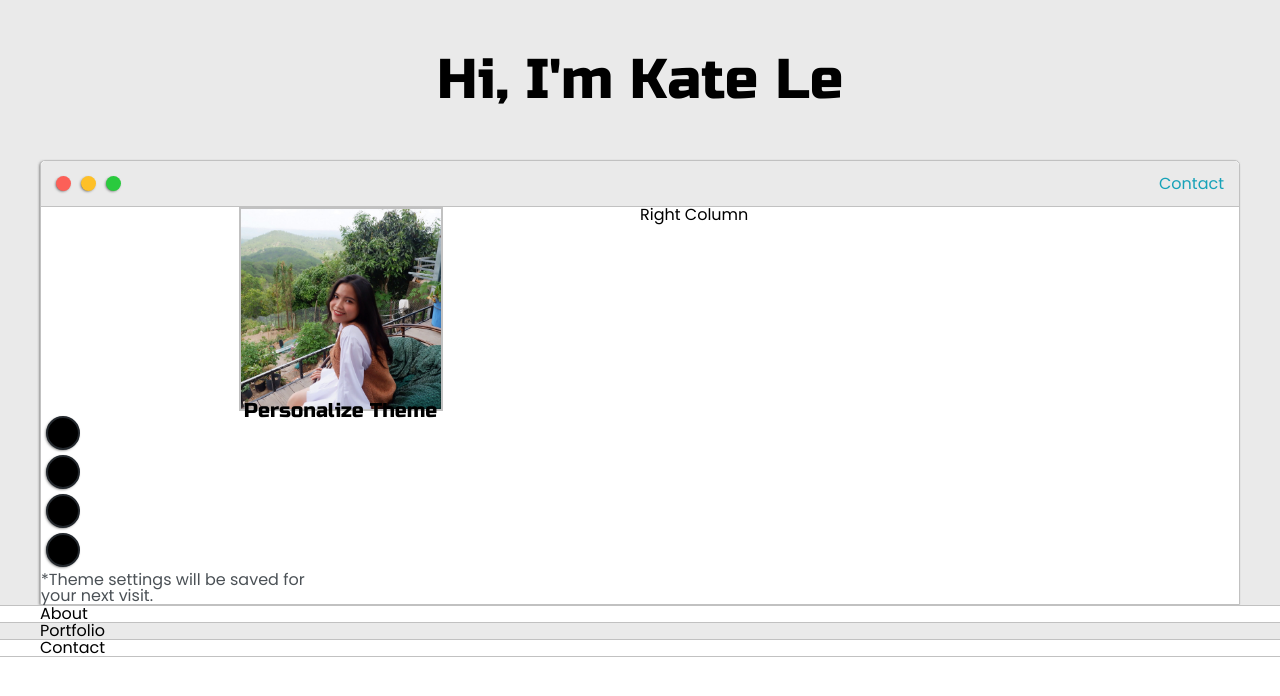
Repository: kate30980/my-persponal-website
Page: index.html
The author's editor kept a copy of each file at every save. The page is drawn from the files as they stood at one save, then again after the next save.
The browser window is 1280 px wide. The pictures show the whole page.

Above is the page before, as saved 2021-08-26 21:04:08.

### index.html
<!DOCTYPE html>
<html lang="en">

<head>
    <meta charset="UTF-8">
    <meta http-equiv="X-UA-Compatible" content="IE=edge">
    <meta name="viewport" content="width=device-width, initial-scale=1.0">
    <title>Kate Le</title>
    <link rel="preconnect" href="https://fonts.googleapis.com">
    <link rel="preconnect" href="https://fonts.gstatic.com" crossorigin>
    <link rel="preconnect" href="https://fonts.googleapis.com">
    <link rel="preconnect" href="https://fonts.gstatic.com" crossorigin>
    <link href="https://fonts.googleapis.com/css2?family=Poppins:wght@300;400;600;700&family=Russo+One&display=swap"
        rel="stylesheet">
    <link rel="stylesheet" href="reset.css">
    <link rel="stylesheet" href="main.css">
</head>

<body>

    <section class="s1">
        <div class="main-container">
            <div class="greeting-wrapper">
                <h1>Hi, I'm Kate Le</h1>
            </div>

            <div class="intro-wrapper">
                <div class="nav-wrapper">
                    <div class="dots-wrapper">
                        <div id="dot-1" class="browser-dot"></div>
                        <div id="dot-2" class="browser-dot"></div>
                        <div id="dot-3" class="browser-dot"></div>
                    </div>
                    <ul id="navigation">
                        <li>
                            <a href="#">Contact</a>
                        </li>
                    </ul>
                </div>
                <div class="left-column">
                    <img id="profile-pic" src="./images/IMG_2624.JPG" alt="img-kate">
                    <h5 style="text-align:center;line-height:0">Personalize Theme</h5>

                    <div id="theme-options-wrapper">
                        <div id="light-mode" class="theme-dot"></div>
                        <div id="blue-mode" class="theme-dot"></div>
                        <div id="green-mode" class="theme-dot"></div>
                        <div id="purple-mode" class="theme-dot"></div>
                    </div>

                    <p id="settings-note">*Theme settings will be saved for <br> your next visit.</p>
                </div>
                <div class="right-column">
                    Right Column
                </div>
            </div>

        </div>
    </section>

    <section class="s2">
        <div class="main-container">
            About
        </div>
    </section>

    <section class="s1">
        <div class="main-container">
            Portfolio
        </div>
    </section>

    <section class="s2">
        <div class="main-container">
            Contact
        </div>
    </section>

</body>

</html>

### main.css
:root {
  --mainText: black;
  --secondaryText: #4b5156;

  --mainColor: #eaeaea;
  --secondaryColor: #fff;

  --borderColor: #c1c1c1;
  --themeDotBorder: #24292e;
}

html,
body {
  padding: 0;
  margin: 0;
  font-family: "Poppins", sans-serif;
}
h1,
h2,
h3,
h4,
h5,
h6,
strong {
  color: var(--mainText);
  font-family: "Russo One", sans-serif;
  font-weight: 500;
}

p,
li,
span,
label,
input,
textarea,
select {
  color: var(--secondaryText);
  font-family: "Poppins", sans-serif;
}
ul {
  list-style: none;
}

a {
  text-decoration: none;
  color: #17a2b8;
}

h1 {
  font-size: 56px;
}
h2 {
  font-size: 36px;
}
h3 {
  font-size: 28px;
}
h4 {
  font-size: 24px;
}
h5 {
  font-size: 20px;
}
h6 {
  font-size: 16px;
}

.s1 {
  background-color: var(--mainColor);
  border-bottom: 1px solid var(--borderColor);
  overflow: auto;
}
.s2 {
  background-color: var(--secondaryColor);
  border-bottom: 1px solid var(--borderColor);
  overflow: auto;
}
.main-container {
  width: 1200px;
  margin: 0 auto;
}
.greeting-wrapper {
  display: grid;
  text-align: center;
  align-content: center;
  min-height: 10em;
}

.intro-wrapper {
  background-color: var(--secondaryColor);
  border: 1px solid var(--borderColor);
  border-radius: 5px 5px 0 0;

  -webkit-box-shadow: -1px 1px 3px -1px rgba(0, 0, 0, 0.75);
  -moz-box-shadow: -1px 1px 3px -1px rgba(0, 0, 0, 0.75);
  box-shadow: -1px 1px 3px -1px rgba(0, 0, 0, 0.75);

  display: grid;
  grid-template-columns: repeat(2, 1fr);
  grid-template-areas:
    "nav-wrapper nav-wrapper"
    "left-column right-column";
}

#navigation {
  margin: 0;
  padding: 10px;
}
#navigation li {
  display: inline-block;
  margin-right: 5px;
  margin-left: 5px;
}

.dots-wrapper {
  display: flex;
  padding: 10px;
}

#dot-1 {
  background-color: #fc6058;
}
#dot-2 {
  background-color: #fec027;
}
#dot-3 {
  background-color: #2aca3e;
}

.browser-dot {
  background-color: black;
  height: 15px;
  width: 15px;
  border-radius: 50%;
  margin: 5px;

  -webkit-box-shadow: -1px 1px 3px -1px rgba(0, 0, 0, 0.75);
  -moz-box-shadow: -1px 1px 3px -1px rgba(0, 0, 0, 0.75);
  box-shadow: -1px 1px 3px -1px rgba(0, 0, 0, 0.75);
}

.nav-wrapper {
  grid-area: nav-wrapper;
  border-bottom: 1px solid var(--borderColor);
  display: flex;
  justify-content: space-between;
  align-items: center;
  background-color: var(--mainColor);
  border-radius: 5px 5px 0 0;
}
.left-column {
  grid-area: left-column;
}
#profile-pic {
  display: block;
  margin: 0 auto;
  height: 200px;
  width: 200px;
  object-fit: cover;
  border: 2px solid var(--borderColor);
}

.theme-dot {
  height: 30px;
  width: 30px;
  border-radius: 50%;
  background-color: black;

  margin: 5px;
  border: 2px solid var(--themeDotBorder);

  -webkit-box-shadow: -1px 1px 3px -1px rgba(0, 0, 0, 0.75);
  -moz-box-shadow: -1px 1px 3px -1px rgba(0, 0, 0, 0.75);
  box-shadow: -1px 1px 3px -1px rgba(0, 0, 0, 0.75);
  cursor: pointer;
}

.right-column {
  grid-area: right-column;
}

@media screen and (max-width: 1200px) {
  .main-container {
    width: 95%;
  }
}

Loaded but not shown: reset.css (common file)

After the next save:
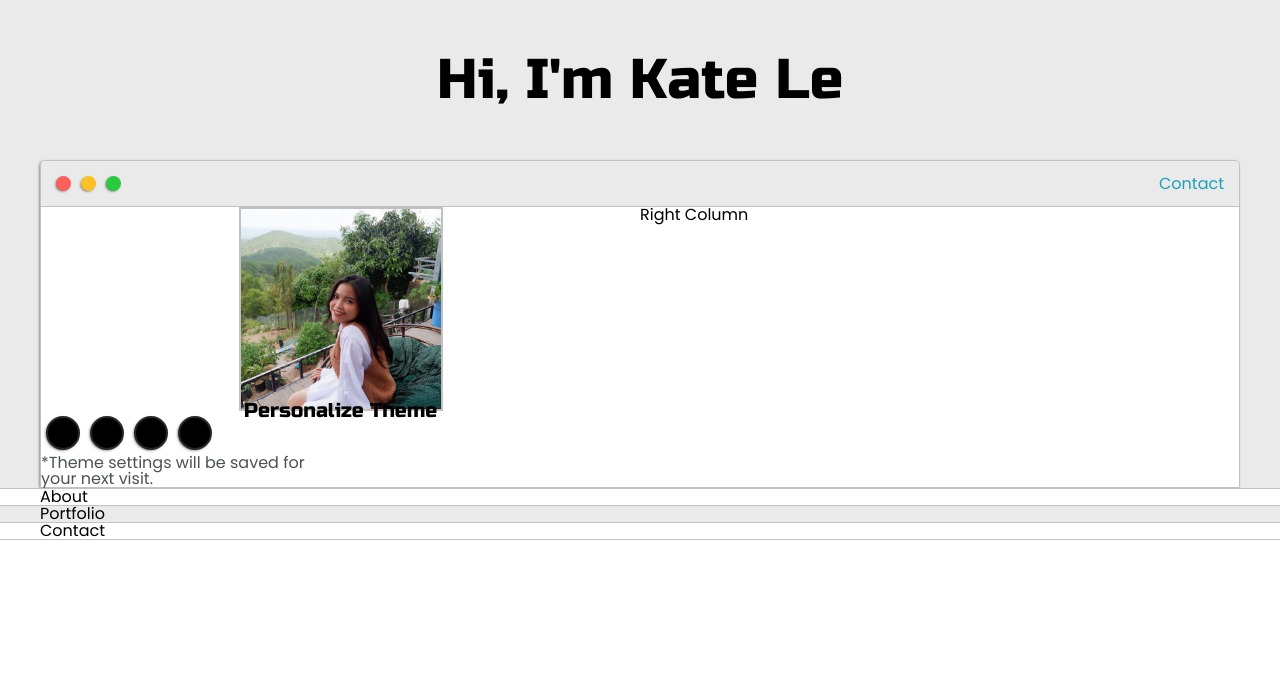
Saved 64 s later.
--- a/main.css
+++ b/main.css
@@ -160,6 +160,10 @@
   border: 2px solid var(--borderColor);
 }
 
+#theme-options-wrapper {
+  display: flex;
+}
+
 .theme-dot {
   height: 30px;
   width: 30px;
